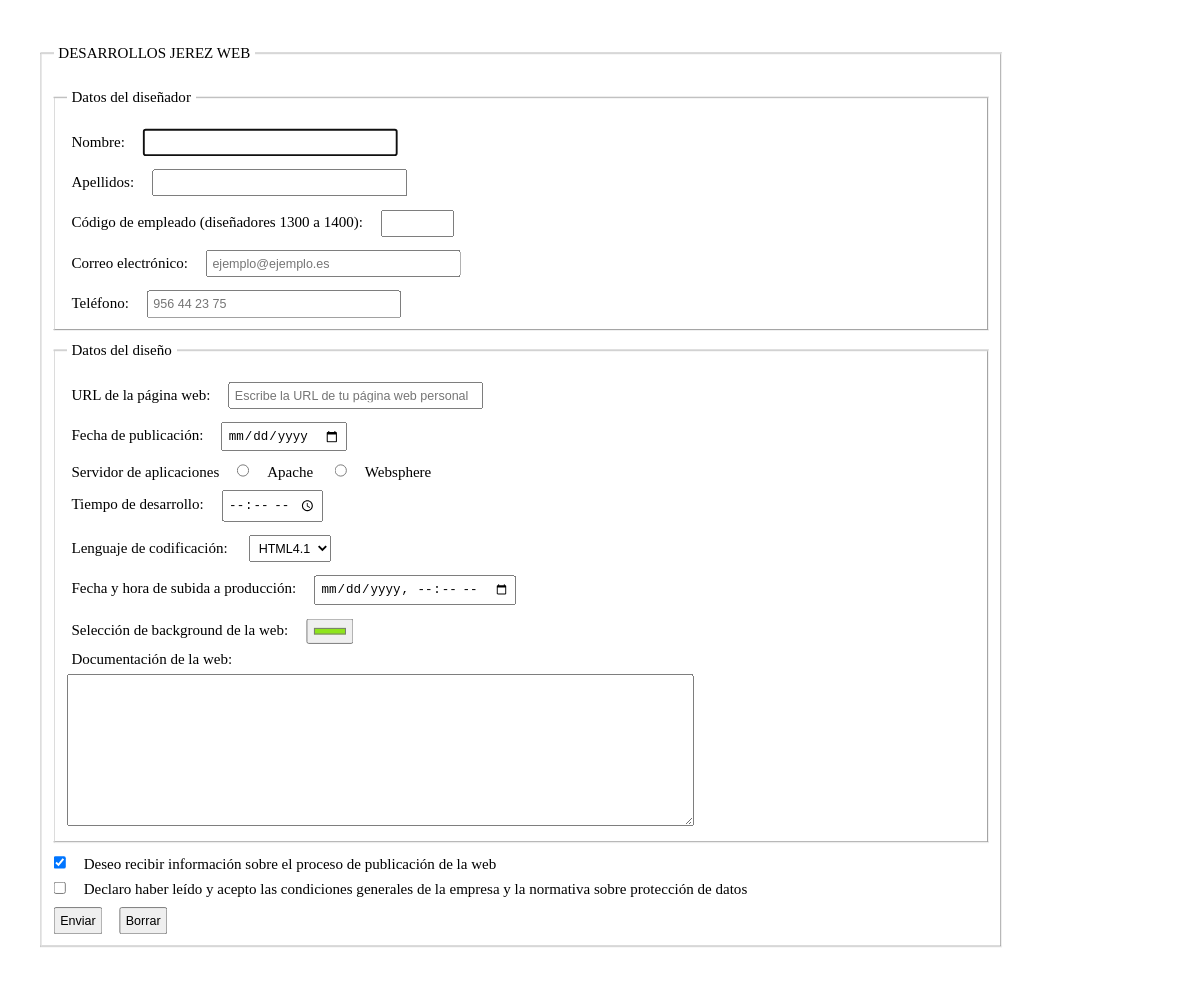
Repository: iSaan86/EV_Practica_FormularioCSS
Page: index.html
These files come from the project's save history. The page is drawn as it stood at one moment and after the next save; the edit follows.
The browser window is 1280 px wide. The pictures show the whole page, at 94% of full size.

Above is the page before, as saved 2024-01-11 17:34:19.

### index.html
<!DOCTYPE html>
<html lang="es-ES">

<head>
    <meta charset="UTF-8">
    <meta name="viewport" content="width=device-width, initial-scale=1.0">
    <meta name="keywords" content="formulario, html, css, practica">
    <meta name="description" content="Formularios">
    <meta name="author" content="Alexandra Ferrera Arenas">
    <link rel="icon" type="image/x-icon" href="img/logo-giro.png">
    <link rel="stylesheet" href="css/estilo.css">
    <title> Desarrollos JEREZ WEB </title>
</head>

<body>
    <!-- ABRO FORMULARIO -->
    <form method="get" action="" name="formulario1" id="formulario1">
        <!--AGRUPACION GENERAL-->
        <fieldset>
            <legend class="datos">DESARROLLOS JEREZ WEB</legend>
            <fieldset><legend class="datos2">Datos del diseñador</legend>
                <label for="nombre">Nombre:</label><input type="text" id="nombre" name="nombre" alt="indique su nombre" size="30%" autofocus required maxlength="50"><br>
                <label for="apellidos">Apellidos:</label><input type="text" id="apellidos" name="apellidos" alt="indique sus apellidos" size="30%" required maxlength="50"><br>
                <label for="codigo">Código de empleado (diseñadores 1300 a 1400):</label><input type="number" id="codigo" name="codigo" alt="indique su código de empleado" required min="1300" max="1400"><br>
                <label for="email">Correo electrónico:</label><input type="email" id="email" name="email" alt="indique su email" size="30%" placeholder="ejemplo@ejemplo.es" required><br>
                <label for="telefono">Teléfono:</label><input type="tel" id="telefono"  name="telefono" alt="indique su telefono" size="30%" placeholder="956 44 23 75"><br>
            </fieldset>
            <fieldset><legend class="datos2">Datos del diseño</legend>
                <label for="url">URL de la página web:</label><input type="url" id="url" name="url" alt="indique la URL de tu pagina web personal" size="30%" placeholder="Escribe la URL de tu página web personal"><br>
                <label for="fecha">Fecha de publicación:</label><input type="date" name="fecha" id="fecha"><br>
                <label for="servidor">Servidor de aplicaciones</label><input type="radio" id="apache" name="servidor" alt="verificar apache" value="Apache"><label for="hombre">Apache</label>
                <input type="radio" id="websphere" name="servidor" alt="verificar websphere" value="Websphere"><label for="mujer">Websphere</label><br>
                <label for="tiempo">Tiempo de desarrollo:</label><input type="time" name="tiempo" id="tiempo"><br>
                <label for="lenguaje">Lenguaje de codificación:</label>
                <select id="lenguaje" name="lenguaje" alt="Elija lenguaje de codificación"><br>
                    <option value="html4.1">HTML4.1</option>
                    <option value="xhtml">XHTML</option>
                    <option value="html5">HTML5</option>
                </select><br>
                <label for="fechayhora">Fecha y hora de subida a producción:</label><input type="datetime-local" name="fechayhora" size="30%"><br>
                <label for="fondo">Selección de background de la web:</label><input type="color" name="fondo" size="30%" value="#8ee41b"><br>
                <label for="areatexto">Documentación de la web:</label><br>
                <textarea name="areatexto" cols="80" rows="10"></textarea>
            </fieldset>
            <input type="checkbox" name="acepto1" id="acepto1" alt="Check acepto recibir información" checked><label for="acepto1">Deseo recibir información sobre el proceso de publicación de la web</label><br>
            <input type="checkbox" name="acepto2" id="acepto2" alt="Check acepto condiciones"><label for="acepto1">Declaro haber leído y acepto las condiciones generales de la empresa y la normativa sobre protección de datos</label><br>
            <input type="submit" value="Enviar" alt="enviar formulario">
            <input type="reset" value="Borrar" alt="Borrar formulario">




        </fieldset>
    </form>




</body>





</html>

### css/estilo.css
@charset "UTF-8";

/* Para todo el html */
*{
    padding: 5px;
    margin:7px;
}
body{
    padding-right: 14%;
}

After the next save:
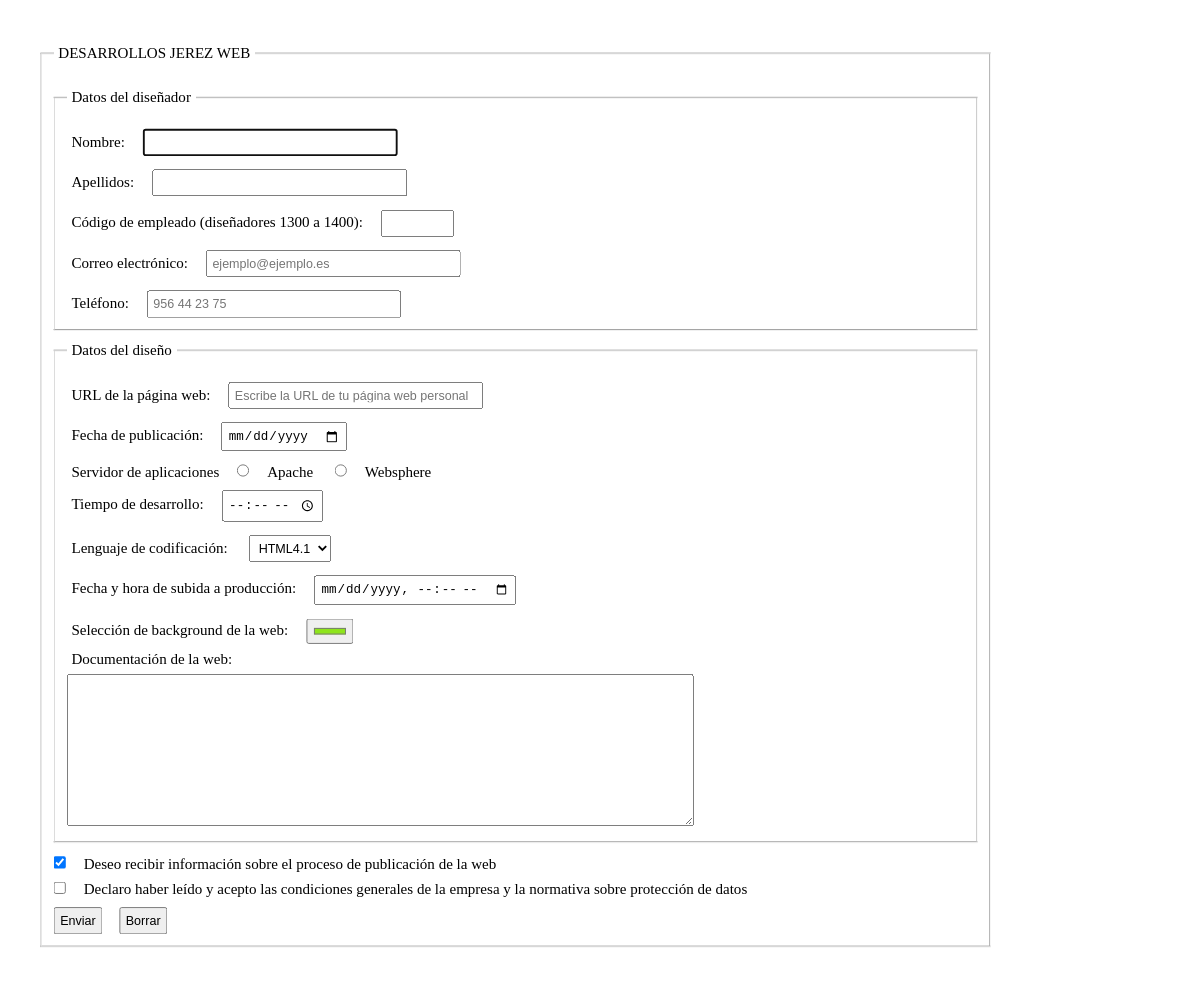
Saved 11 s later.
--- a/css/estilo.css
+++ b/css/estilo.css
@@ -6,5 +6,5 @@
     margin:7px;
 }
 body{
-    padding-right: 14%;
+    padding-right: 15%;
 }
